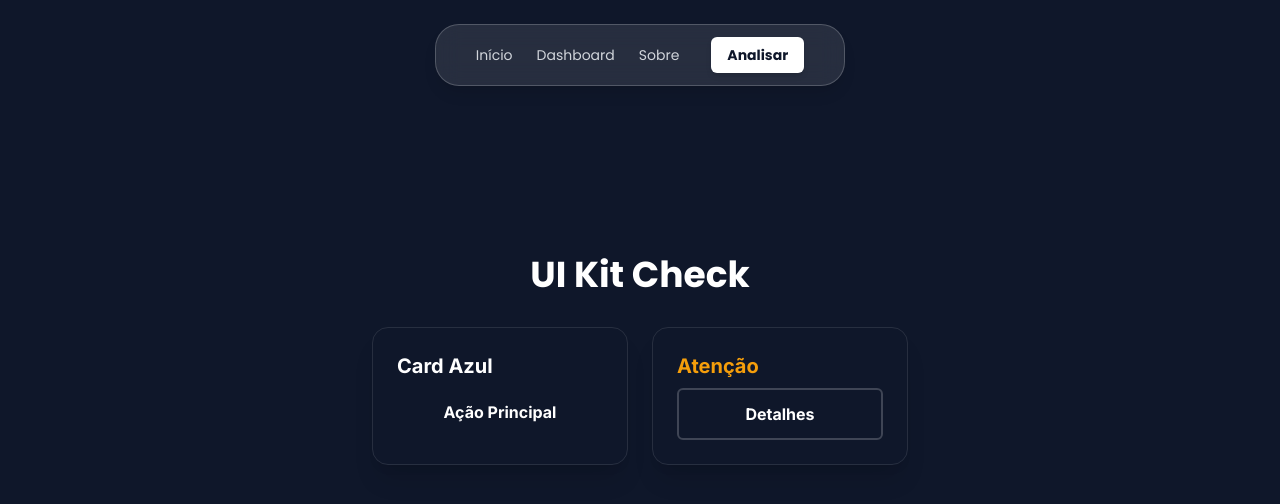
Repository: Hackaton-ONE/hackathon-Frontend
Page: /
These files come from the project's save history. The page is drawn as it stood at one moment and after the next save; the edit follows.
The browser window is 1280 px wide. The pictures show the whole page.
The project was rebuilt for these pictures with package versions that can differ from the ones it lists, and the page was loaded fresh each time. The framework's server and built-in components were replaced by stand-ins that run in the browser. Also part of the build but not shown: next.config.ts.

Above is the page before, as saved 2026-01-01 15:02:50.

### app/layout.tsx
import type { Metadata } from "next";
import { Inter, Poppins } from "next/font/google"; // 1. Importar Poppins
import "./globals.css";
import { Navbar } from "@/components/Navbar";

// 2. Configurar Inter
const inter = Inter({
  subsets: ["latin"],
  variable: "--font-inter",
});

// 3. Configurar Poppins (Pesos comuns: 400, 600, 700)
const poppins = Poppins({
  weight: ['400', '600', '700'],
  subsets: ["latin"],
  variable: "--font-poppins",
});

export const metadata: Metadata = {
  title: "MoodMatrix",
  description: "Análise de sentimentos com IA",
};

export default function RootLayout({
  children,
}: Readonly<{

  children: React.ReactNode;
}>) {
  return (
    <html lang="pt-br">
      {/* 4. Adicionar ambas as variáveis no body */}
      <body className={`${inter.variable} ${poppins.variable} bg-mood-dark text-white font-sans antialiased`}>
        <Navbar />
        {children}
      </body>
    </html>
  );
}

### app/page.tsx
import { Button } from "@/components/Button";
import { GlassCard } from "@/components/GlassCard";

export default function Home() {
  return (
    <main className="flex min-h-screen flex-col items-center justify-center p-10 gap-8 bg-mood-dark">

      <h1 className="text-4xl font-poppins font-bold text-white bg-clip-text bg-gradient-to-r from-blue-DEFAULT to-neon-green">
        UI Kit Check
      </h1>

      <div className="grid grid-cols-1 md:grid-cols-2 gap-6">
        {/* Teste Card Azul */}
        <GlassCard gradient="blue" className="p-6 w-64 border-blue-DEFAULT/30">
          <h2 className="text-xl font-bold mb-2">Card Azul</h2>
          <Button variant="primary" className="w-full">Ação Principal</Button>
        </GlassCard>

        {/* Teste Card Laranja (Aviso) */}
        <GlassCard gradient="orange" className="p-6 w-64 border-neon-orange/30">
          <h2 className="text-xl font-bold mb-2 text-neon-orange">Atenção</h2>
          <Button variant="outline" className="w-full">Detalhes</Button>
        </GlassCard>
      </div>

    </main>
  );
}

### app/globals.css
@tailwind base;
@tailwind components;
@tailwind utilities;

/* Define o fundo padrão do site inteiro e a cor do texto */
body {
  background-color: #0F172A; /* mood.dark */
  color: #ffffff;
  min-height: 100vh;
}

/* Utilitário para o efeito de Vidro (Glassmorphism) */
.glass {
  background: rgba(30, 41, 59, 0.4); /* mood.gray com transparência */
  backdrop-filter: blur(12px);
  -webkit-backdrop-filter: blur(12px);
  border: 1px solid rgba(255, 255, 255, 0.1);
}

### components/Navbar.tsx
"use client";

import Link from "next/link";
import { useState } from "react";
import { Menu, X } from "lucide-react";

// ✅ CORREÇÃO: O componente NavLink agora está FORA da Navbar
const NavLink = ({ href, children }: { href: string; children: React.ReactNode }) => (
  <Link
    href={href}
    className="relative group text-gray-300 hover:text-white transition-colors font-medium text-sm"
  >
    {children}
    {/* A linha azul mágica 👇 */}
    <span className="
      absolute -bottom-1 left-0
      w-0 h-[2px]
      bg-blue-DEFAULT
      transition-all duration-300 ease-out
      group-hover:w-full
    " />
  </Link>
);

export function Navbar() {
  const [isOpen, setIsOpen] = useState(false);

  return (
    <div className="fixed top-6 left-0 w-full flex justify-center z-50">

      {/* Container Principal (A Pílula) */}
      <nav className="
        relative
        flex items-center justify-between
        gap-8
        pl-10 pr-10 py-3
        rounded-3xl
        bg-white/10
        backdrop-blur-md
        border border-white/20
        shadow-lg shadow-black/10
      ">

        {/* === DESKTOP MENU (Escondido no Mobile) === */}
        <div className="hidden md:flex items-center gap-6 font-poppins">
          <NavLink href="/">Início</NavLink>
          <NavLink href="/dashboard">Dashboard</NavLink>
          <NavLink href="#sobre">Sobre</NavLink>
        </div>

        {/* === MOBILE TOGGLE (Escondido no Desktop) === */}
        <div className="md:hidden flex items-center pr-4">
          <button
            onClick={() => setIsOpen(!isOpen)}
            className="text-white hover:text-blue-light transition"
          >
            {isOpen ? <X size={24} /> : <Menu size={24} />}
          </button>
        </div>

        {/* === BOTÃO DE AÇÃO (Sempre visível) === */}
        <Link href="/analisar">
          <button className="
            bg-white text-mood-dark
            hover:bg-neon-orange
            font-poppins font-bold text-sm
            px-4 py-2
            rounded-md
            transition-all duration-200
            shadow-md
          ">
            Analisar
          </button>
        </Link>
      </nav>

      {/* === MENU MOBILE DROPDOWN (Aparece embaixo da pílula) === */}
      {isOpen && (
        <div className="
          absolute top-20
          w-[90%] max-w-sm
          bg-mood-dark/95 backdrop-blur-xl
          border border-white/10
          rounded-2xl
          p-4
          flex flex-col gap-4
          shadow-2xl
          animate-in fade-in slide-in-from-top-5
        ">
          <Link href="/" onClick={() => setIsOpen(false)} className="text-gray-300 hover:text-white p-2 hover:bg-white/5 rounded-lg transition">Início</Link>
          <Link href="/dashboard" onClick={() => setIsOpen(false)} className="text-gray-300 hover:text-white p-2 hover:bg-white/5 rounded-lg transition">Dashboard</Link>
          <Link href="#sobre" onClick={() => setIsOpen(false)} className="text-gray-300 hover:text-white p-2 hover:bg-white/5 rounded-lg transition">Sobre</Link>
        </div>
      )}
    </div>
  );
}

### components/Button.tsx
import React from "react";

interface ButtonProps extends React.ButtonHTMLAttributes<HTMLButtonElement> {
  variant?: "primary" | "outline" | "ghost";
  children: React.ReactNode;
}

export function Button({ variant = "primary", className = "", children, ...props }: ButtonProps) {

  const baseStyles = "px-6 py-3 rounded-md font-bold transition-all duration-200 flex items-center justify-center gap-2 active:scale-[0.98]";

  const variants = {
    primary: "text-white active:translate-y-1",

    // Outline (Borda simples)
    outline: "bg-transparent border-2 border-white/20 text-white hover:bg-white/5 hover:border-white/40",

    // Ghost (Transparente)
    ghost:   "bg-transparent text-gray-400 hover:text-white hover:bg-white/5",
  };

  return (
    <button
      className={`${baseStyles} ${variants[variant]} ${className}`}
      {...props}
    >
      {children}
    </button>
  );
}

### components/GlassCard.tsx
import React from "react";

interface GlassCardProps {
  children: React.ReactNode;
  className?: string;
  gradient?: "blue" | "green" | "red" | "orange" | "none";
}

export function GlassCard({ children, className = "", gradient = "none" }: GlassCardProps) {

  const gradientBg = {
    none: "bg-white/5", // Base neutra mais sutil
    blue: "bg-card-blue",
    green: "bg-card-green",
    red: "bg-card-red",
    orange: "bg-card-orange",
  };

  return (
    <div className={`relative overflow-hidden rounded-2xl border border-white/10 shadow-xl ${className}`}>
      {/* CAMADA DO VIDRO (Fundo + Blur)
        Fica posicionada absolutamente atrás do conteúdo.
      */}
      <div
        className={`
          absolute inset-0
          backdrop-blur-xl
          ${gradientBg[gradient]}
          -z-10 /* Garante que fique atrás do conteúdo */
        `}
        aria-hidden="true"
      />

      {/* CONTEÚDO (Texto, Botões)
        Fica na frente, sem nenhum blur aplicado diretamente nele.
      */}
      <div className="relative z-10 h-full">
        {children}
      </div>
    </div>
  );
}

### tailwind.config.ts
/** @type {import('tailwindcss').Config} */
const config = {
  // Configuração de onde o Tailwind procura as classes
  content: [
    "./app/**/*.{js,ts,jsx,tsx,mdx}",
    "./pages/**/*.{js,ts,jsx,tsx,mdx}",
    "./components/**/*.{js,ts,jsx,tsx,mdx}",
    "./src/app/**/*.{js,ts,jsx,tsx,mdx}",
    "./src/pages/**/*.{js,ts,jsx,tsx,mdx}",
    "./src/components/**/*.{js,ts,jsx,tsx,mdx}",
  ],
  theme: {
    extend: {
      colors: {
        white: "#FFFFFF",
        mood: {
          dark: "#0F172A", // Fundo Azul Escuro
          nav: "#FFFFFF",  // Base para Navbar
        },
        blue: {
          light: "#60A5FA",   // Azul Claro
          default: "#2563EB", // Azul Padrão
          dark: "#1E3A8A",    // Azul Escuro
        },
        neon: {
          green: "#10B981",
          red: "#B91C1C",
          orange: "#F59E0B",
        },
      },
      fontFamily: {
        sans: ['var(--font-inter)', 'sans-serif'],
        poppins: ['var(--font-poppins)', 'sans-serif'],
      },
      backgroundImage: {
        // Gradientes de Seta e Barra de Progresso
        'gradient-pos': 'linear-gradient(to right, #2563EB, #10B981)',
        'gradient-neg': 'linear-gradient(to right, #B91C1C, #F59E0B)',

        // Gradientes Sutis para os Cards (Glassmorphism)
        'card-blue': 'linear-gradient(180deg, rgba(255, 255, 255, 0) 0%, rgba(96, 165, 250, 0.05) 100%)',
        'card-green': 'linear-gradient(180deg, rgba(255, 255, 255, 0) 0%, rgba(16, 185, 129, 0.05) 100%)',
        'card-red': 'linear-gradient(180deg, rgba(255, 255, 255, 0) 0%, rgba(185, 28, 28, 0.05) 100%)',
        'card-orange': 'linear-gradient(180deg, rgba(255, 255, 255, 0) 0%, rgba(245, 158, 11, 0.05) 100%)', // NOVO
      }
    },
  },
  plugins: [],
};

export default config;

After the next save:
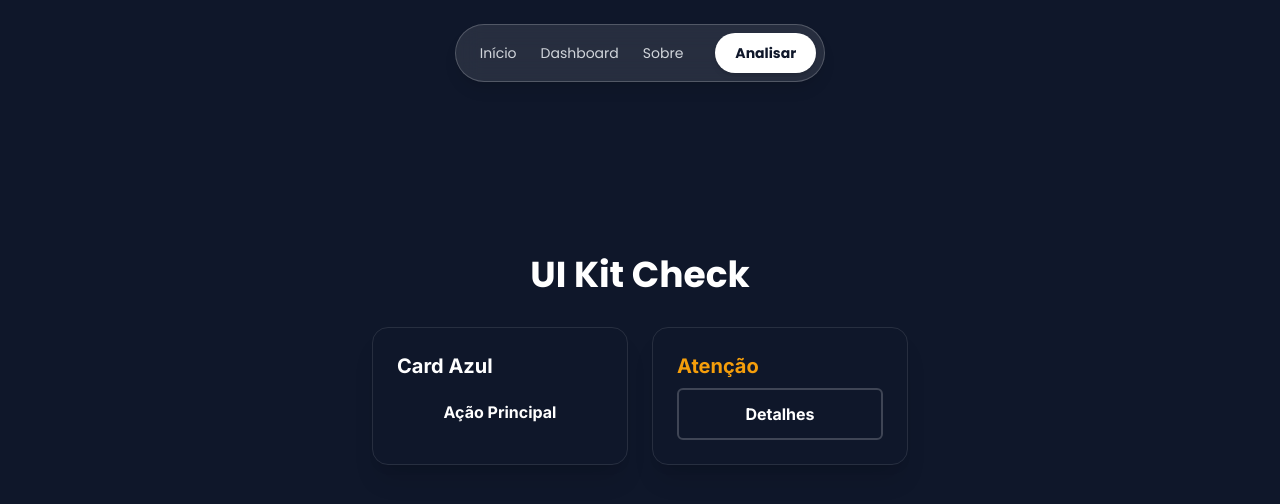
Saved 57 s later.
--- a/components/Navbar.tsx
+++ b/components/Navbar.tsx
@@ -4,14 +4,13 @@
 import { useState } from "react";
 import { Menu, X } from "lucide-react";
 
-// ✅ CORREÇÃO: O componente NavLink agora está FORA da Navbar
+// Componente NavLink (Mantido igual)
 const NavLink = ({ href, children }: { href: string; children: React.ReactNode }) => (
   <Link
     href={href}
     className="relative group text-gray-300 hover:text-white transition-colors font-medium text-sm"
   >
     {children}
-    {/* A linha azul mágica 👇 */}
     <span className="
       absolute -bottom-1 left-0
       w-0 h-[2px]
@@ -33,8 +32,8 @@
         relative
         flex items-center justify-between
         gap-8
-        pl-10 pr-10 py-3
-        rounded-3xl
+        pl-6 pr-2 py-2
+        rounded-full
         bg-white/10
         backdrop-blur-md
         border border-white/20
@@ -62,10 +61,10 @@
         <Link href="/analisar">
           <button className="
             bg-white text-mood-dark
-            hover:bg-neon-orange
+            hover:bg-gray-200
             font-poppins font-bold text-sm
-            px-4 py-2
-            rounded-md
+            px-5 py-2.5
+            rounded-full
             transition-all duration-200
             shadow-md
           ">
@@ -74,22 +73,60 @@
         </Link>
       </nav>
 
-      {/* === MENU MOBILE DROPDOWN (Aparece embaixo da pílula) === */}
+      {/* === MENU MOBILE DROPDOWN (Atualizado com o estilo da referência) === */}
       {isOpen && (
         <div className="
           absolute top-20
           w-[90%] max-w-sm
+          /* MUDANÇA 1: Fundo escuro (Slate 900/Mood Dark) com blur, igual à referência */
           bg-mood-dark/95 backdrop-blur-xl
           border border-white/10
           rounded-2xl
           p-4
-          flex flex-col gap-4
           shadow-2xl
           animate-in fade-in slide-in-from-top-5
         ">
-          <Link href="/" onClick={() => setIsOpen(false)} className="text-gray-300 hover:text-white p-2 hover:bg-white/5 rounded-lg transition">Início</Link>
-          <Link href="/dashboard" onClick={() => setIsOpen(false)} className="text-gray-300 hover:text-white p-2 hover:bg-white/5 rounded-lg transition">Dashboard</Link>
-          <Link href="#sobre" onClick={() => setIsOpen(false)} className="text-gray-300 hover:text-white p-2 hover:bg-white/5 rounded-lg transition">Sobre</Link>
+          <div className="flex flex-col space-y-1">
+            <Link
+              href="/"
+              onClick={() => setIsOpen(false)}
+              className="block px-4 py-3 text-white/90 hover:text-white hover:bg-white/10 rounded-lg transition-colors text-sm font-medium"
+            >
+              Início
+            </Link>
+            <Link
+              href="/dashboard"
+              onClick={() => setIsOpen(false)}
+              className="block px-4 py-3 text-white/90 hover:text-white hover:bg-white/10 rounded-lg transition-colors text-sm font-medium"
+            >
+              Dashboard
+            </Link>
+            <Link
+              href="#sobre"
+              onClick={() => setIsOpen(false)}
+              className="block px-4 py-3 text-white/90 hover:text-white hover:bg-white/10 rounded-lg transition-colors text-sm font-medium"
+            >
+              Sobre
+            </Link>
+          </div>
+
+          {/* MUDANÇA 2: Linha divisória e botão estilo "Outline" igual à referência */}
+          <div className="mt-3 pt-3 border-t border-white/10">
+            <Link href="/analisar" onClick={() => setIsOpen(false)}>
+              <button className="
+                w-full
+                bg-white/10 hover:bg-white/20
+                text-white
+                border border-white/20
+                font-medium text-sm
+                py-2.5
+                rounded-lg
+                transition-all duration-200
+              ">
+                Começar Análise
+              </button>
+            </Link>
+          </div>
         </div>
       )}
     </div>

After the save that followed:
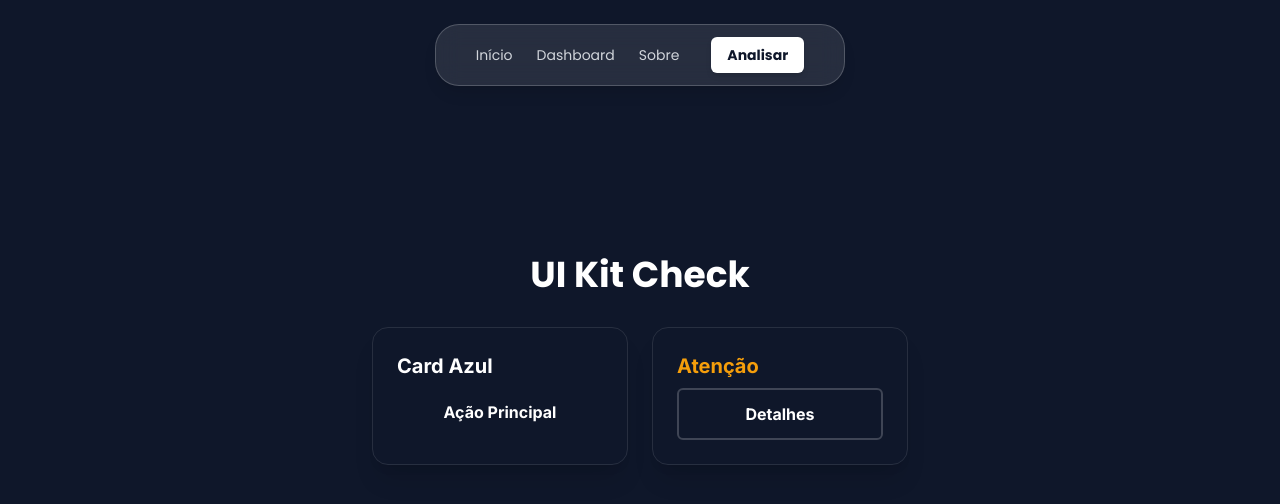
Saved 15 s later.
--- a/components/Navbar.tsx
+++ b/components/Navbar.tsx
@@ -4,13 +4,14 @@
 import { useState } from "react";
 import { Menu, X } from "lucide-react";
 
-// Componente NavLink (Mantido igual)
+// ✅ CORREÇÃO: O componente NavLink agora está FORA da Navbar
 const NavLink = ({ href, children }: { href: string; children: React.ReactNode }) => (
   <Link
     href={href}
     className="relative group text-gray-300 hover:text-white transition-colors font-medium text-sm"
   >
     {children}
+    {/* A linha azul mágica 👇 */}
     <span className="
       absolute -bottom-1 left-0
       w-0 h-[2px]
@@ -32,8 +33,8 @@
         relative
         flex items-center justify-between
         gap-8
-        pl-6 pr-2 py-2
-        rounded-full
+        pl-10 pr-10 py-3
+        rounded-3xl
         bg-white/10
         backdrop-blur-md
         border border-white/20
@@ -61,10 +62,10 @@
         <Link href="/analisar">
           <button className="
             bg-white text-mood-dark
-            hover:bg-gray-200
+            hover:bg-neon-orange
             font-poppins font-bold text-sm
-            px-5 py-2.5
-            rounded-full
+            px-4 py-2
+            rounded-md
             transition-all duration-200
             shadow-md
           ">
@@ -73,60 +74,22 @@
         </Link>
       </nav>
 
-      {/* === MENU MOBILE DROPDOWN (Atualizado com o estilo da referência) === */}
+      {/* === MENU MOBILE DROPDOWN (Aparece embaixo da pílula) === */}
       {isOpen && (
         <div className="
           absolute top-20
           w-[90%] max-w-sm
-          /* MUDANÇA 1: Fundo escuro (Slate 900/Mood Dark) com blur, igual à referência */
           bg-mood-dark/95 backdrop-blur-xl
           border border-white/10
           rounded-2xl
           p-4
+          flex flex-col gap-4
           shadow-2xl
           animate-in fade-in slide-in-from-top-5
         ">
-          <div className="flex flex-col space-y-1">
-            <Link
-              href="/"
-              onClick={() => setIsOpen(false)}
-              className="block px-4 py-3 text-white/90 hover:text-white hover:bg-white/10 rounded-lg transition-colors text-sm font-medium"
-            >
-              Início
-            </Link>
-            <Link
-              href="/dashboard"
-              onClick={() => setIsOpen(false)}
-              className="block px-4 py-3 text-white/90 hover:text-white hover:bg-white/10 rounded-lg transition-colors text-sm font-medium"
-            >
-              Dashboard
-            </Link>
-            <Link
-              href="#sobre"
-              onClick={() => setIsOpen(false)}
-              className="block px-4 py-3 text-white/90 hover:text-white hover:bg-white/10 rounded-lg transition-colors text-sm font-medium"
-            >
-              Sobre
-            </Link>
-          </div>
-
-          {/* MUDANÇA 2: Linha divisória e botão estilo "Outline" igual à referência */}
-          <div className="mt-3 pt-3 border-t border-white/10">
-            <Link href="/analisar" onClick={() => setIsOpen(false)}>
-              <button className="
-                w-full
-                bg-white/10 hover:bg-white/20
-                text-white
-                border border-white/20
-                font-medium text-sm
-                py-2.5
-                rounded-lg
-                transition-all duration-200
-              ">
-                Começar Análise
-              </button>
-            </Link>
-          </div>
+          <Link href="/" onClick={() => setIsOpen(false)} className="text-gray-300 hover:text-white p-2 hover:bg-white/5 rounded-lg transition">Início</Link>
+          <Link href="/dashboard" onClick={() => setIsOpen(false)} className="text-gray-300 hover:text-white p-2 hover:bg-white/5 rounded-lg transition">Dashboard</Link>
+          <Link href="#sobre" onClick={() => setIsOpen(false)} className="text-gray-300 hover:text-white p-2 hover:bg-white/5 rounded-lg transition">Sobre</Link>
         </div>
       )}
     </div>
